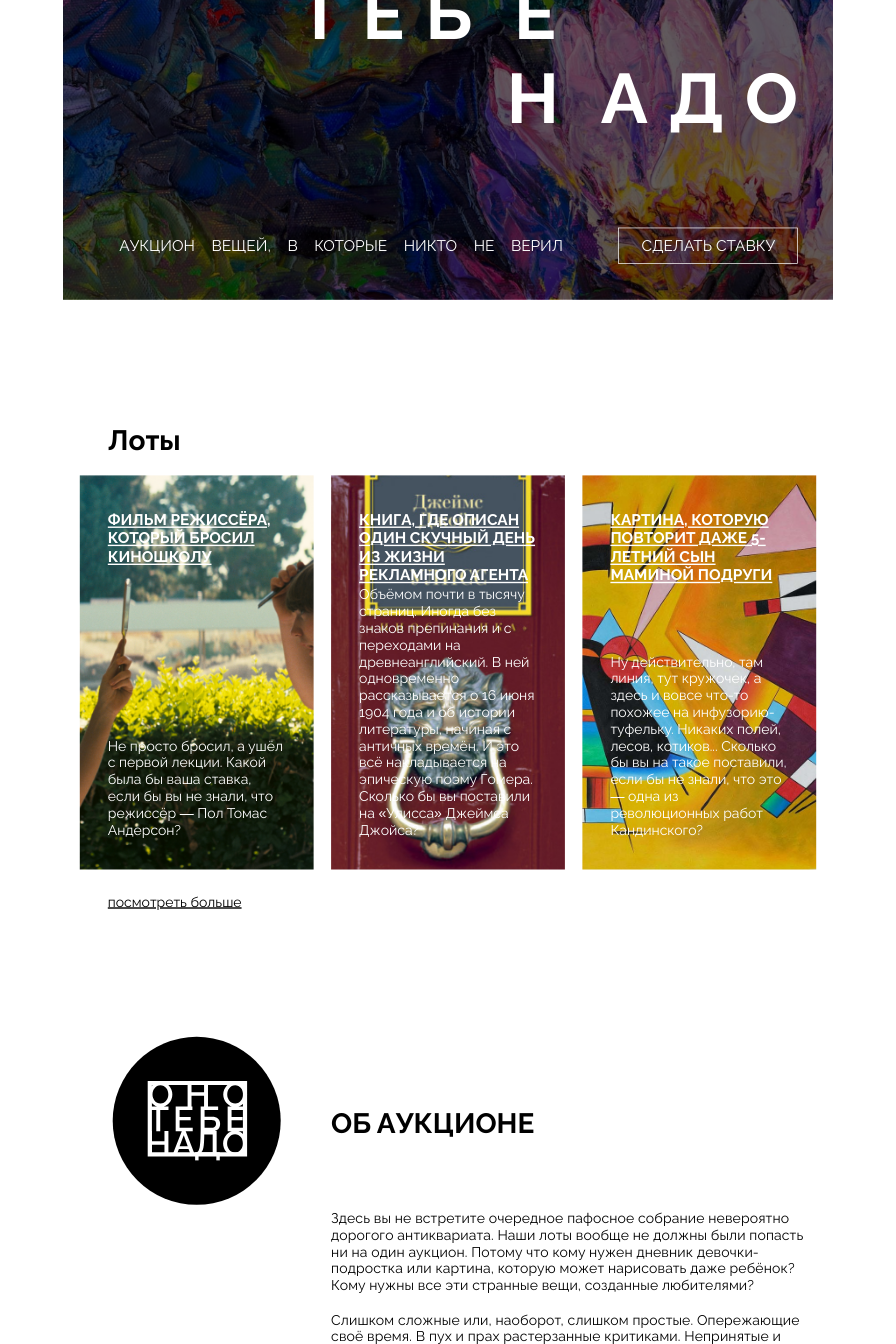
Repository: Smoyki/ono-tebe-nado
Page: index.html
The author's editor kept a copy of each file at every save. The page is drawn from the files as they stood at one save, then again after a run of saves.
The browser window is 1280 px wide. The pictures show the part of the page from y = 623 to 2543 px (the page is 3028 px tall), at 70% of full size.

Above is the page before, as saved 2024-04-20 19:45:29.

After the next 3 saves:
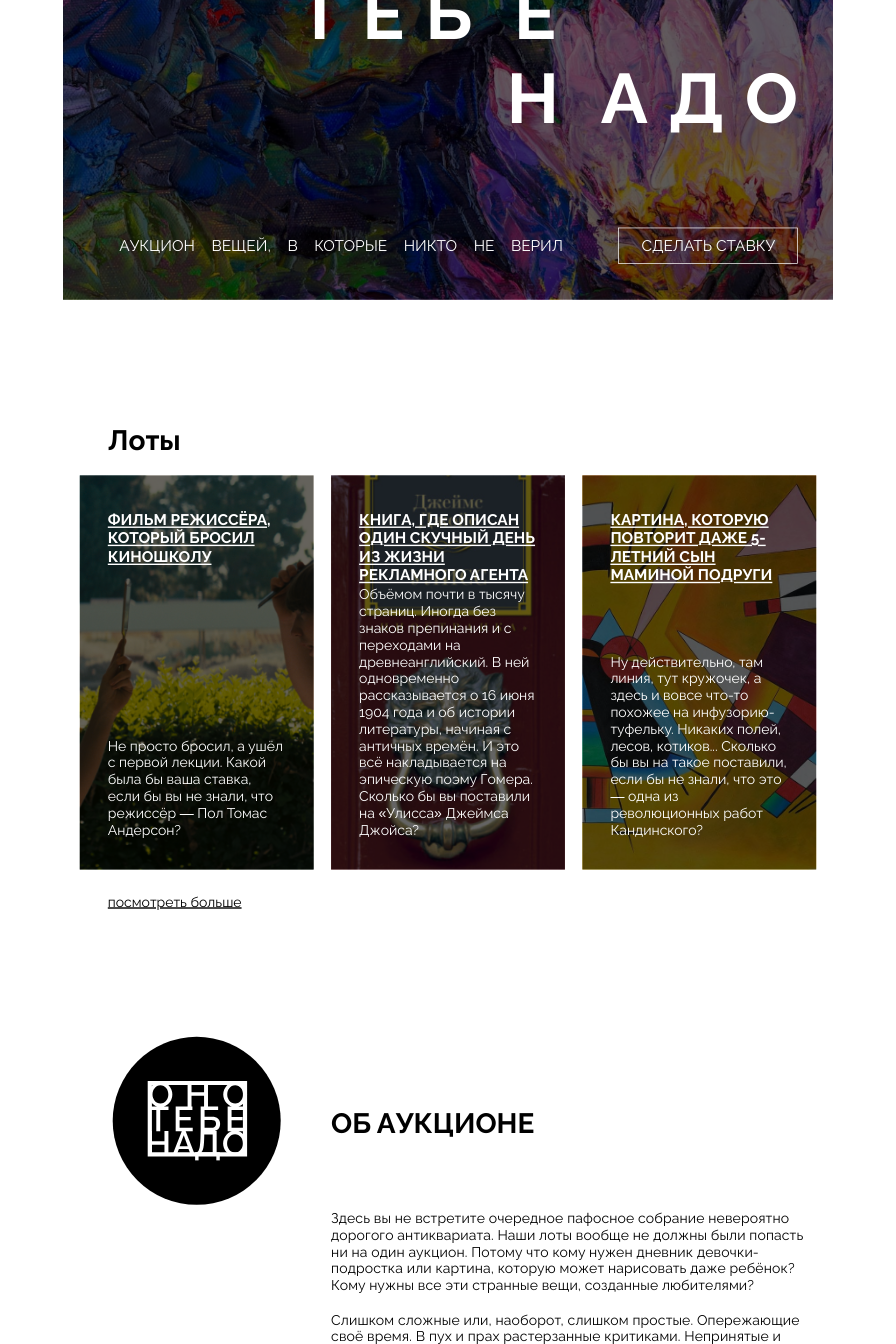
The 3 saves are shown as one change because they came seconds apart.
The last was saved 9 s later.
--- a/styles/style.css
+++ b/styles/style.css
@@ -204,7 +204,7 @@
 }
 
 .link-lots-card::before {
-  contnent
+  content: "";
   position: absolute;
   top: 0;
   left: 0;
